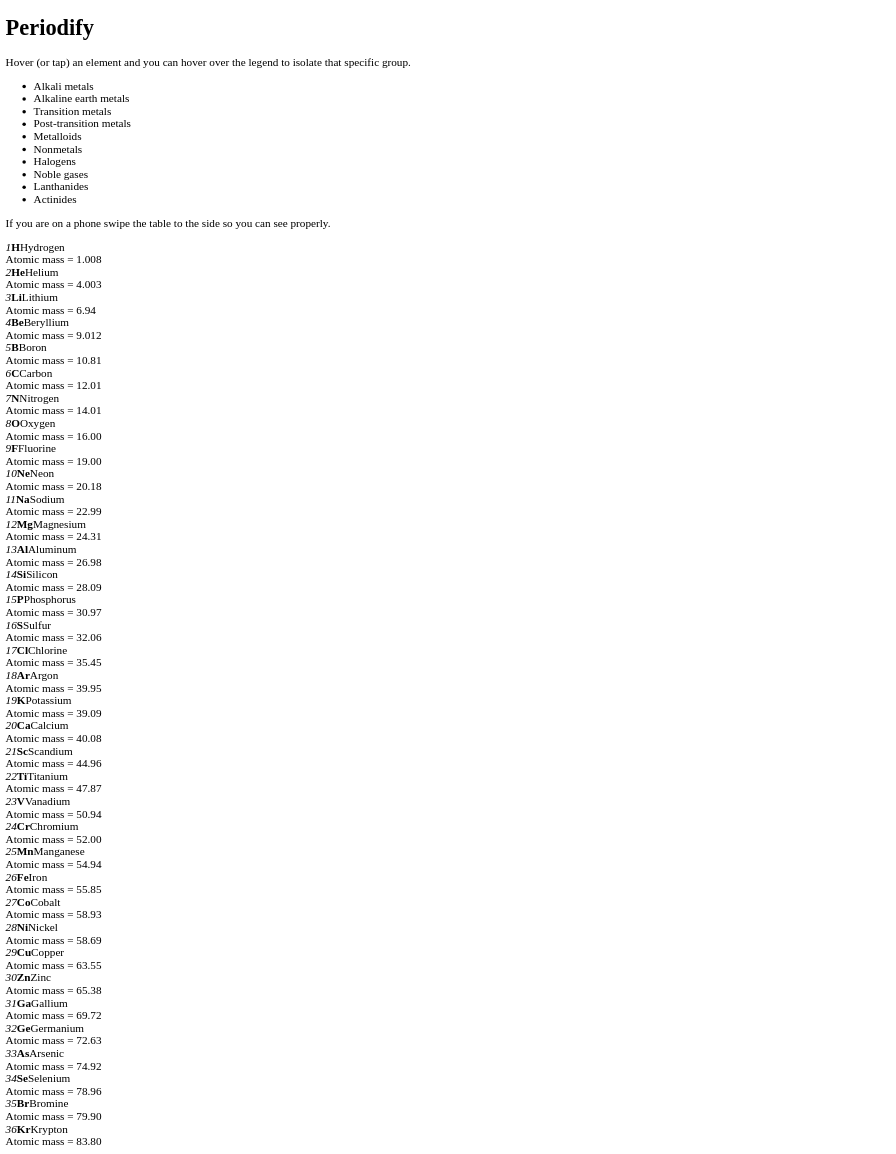
Repository: manayparikh1/Periodify
Page: index.html
An editor plug-in stored every save of this project. The page is shown before and after the next save, followed by the edit.
The browser window is 1280 px wide. The pictures show the whole page, at 70% of full size.

Above is the page before, as saved 2026-10-15 15:10:13.

### index.html
<!DOCTYPE html>
<html lang="en">

<head>
    <meta charset="UTF-8">
    <meta name="viewport" content="width=device-width, initial-scale=1.0">
    <title>Periodify</title>
</head>

<body>
    <!-- === HTML STARTS here===-->
    <header>
        <h1>Period<span>ify</span></h1>
        <p>Hover (or tap) an element and you can hover over the legend to isolate that specific group.</p>
    </header>
    <!-- === Legend === -->
    <ul class="legend">
        <li class="k-ak" style="--c: var(--ak);">Alkali metals</li>
        <li class="k-ae" style="--c: var(--ae);">Alkaline earth metals</li>
        <li class="k-tm" style="--c: var(--tm);">Transition metals</li>
        <li class="k-pt" style="--c: var(--pt);">Post-transition metals</li>
        <li class="k-md" style="--c: var(--md);">Metalloids</li>
        <li class="k-nm" style="--c: var(--nm);">Nonmetals</li>
        <li class="k-hg" style="--c: var(--hg);">Halogens</li>
        <li class="k-hl" style="--c: var(--hl);">Noble gases</li>
        <li class="k-la" style="--c: var(--la);">Lanthanides</li>
        <li class="k-ac" style="--c: var(--ac);">Actinides</li>
    </ul>
    <p class="hint">If you are on a phone swipe the table to the side so you can see properly.</p>
    <div class="scroll">
        <div class="table">

            <!-- The first period -->
            <div class="el nm" tabindex="0"><i>1</i><b>H</b><span>Hydrogen<br>Atomic mass = 1.008</span></div>
            <div class="gap" style="--n:16"></div>
            <!-- Gives a 16 element gap because hydron and helium are not in the same column -->
            <div class="el ng" tabindex="0"><i>2</i><b>He</b><span>Helium<br>Atomic mass = 4.003</span></div>
            <!-- The second period -->
            <div class="el ak" tabindex="0"><i>3</i><b>Li</b><span>Lithium<br>Atomic mass = 6.94</span></div>
            <div class="el ae" tabindex="0"><i>4</i><b>Be</b><span>Beryllium<br>Atomic mass = 9.012</span></div>
            <div class="gap" style="--n:10"></div>
            <div class="el md" tabindex="0"><i>5</i><b>B</b><span>Boron<br>Atomic mass = 10.81</span></div>
            <div class="el nm" tabindex="0"><i>6</i><b>C</b><span>Carbon<br>Atomic mass = 12.01</span></div>
            <div class="el nm" tabindex="0"><i>7</i><b>N</b><span>Nitrogen<br>Atomic mass = 14.01</span></div>
            <div class="el nm" tabindex="0"><i>8</i><b>O</b><span>Oxygen<br>Atomic mass = 16.00</span></div>
            <div class="el hg" tabindex="0"><i>9</i><b>F</b><span>Fluorine<br>Atomic mass = 19.00</span></div>
            <div class="el ng" tabindex="0"><i>10</i><b>Ne</b><span>Neon<br>Atomic mass = 20.18</span></div>
            <!-- The third period -->
            <div class="el ak" tabindex="0"><i>11</i><b>Na</b><span>Sodium<br>Atomic mass = 22.99</span></div>
            <div class="el ae" tabindex="0"><i>12</i><b>Mg</b><span>Magnesium<br>Atomic mass = 24.31</span></div>
            <div class="gap" style="--n:10"></div>
            <div class="el md" tabindex="0"><i>13</i><b>Al</b><span>Aluminum<br>Atomic mass = 26.98</span></div>
            <div class="el nm" tabindex="0"><i>14</i><b>Si</b><span>Silicon<br>Atomic mass = 28.09</span></div>
            <div class="el nm" tabindex="0"><i>15</i><b>P</b><span>Phosphorus<br>Atomic mass = 30.97</span></div>
            <div class="el nm" tabindex="0"><i>16</i><b>S</b><span>Sulfur<br>Atomic mass = 32.06</span></div>
            <div class="el hg" tabindex="0"><i>17</i><b>Cl</b><span>Chlorine<br>Atomic mass = 35.45</span></div>
            <div class="el ng" tabindex="0"><i>18</i><b>Ar</b><span>Argon<br>Atomic mass = 39.95</span></div>
            <!-- the fourth period -->
            <div class="el ak" tabindex="0"><i>19</i><b>K</b><span>Potassium<br>Atomic mass = 39.09</span></div>
            <div class="el ae" tabindex="0"><i>20</i><b>Ca</b><span>Calcium<br>Atomic mass = 40.08</span></div>
            <div class="el tm" tabindex="0"><i>21</i><b>Sc</b><span>Scandium<br>Atomic mass = 44.96</span></div>
            <div class="el tm" tabindex="0"><i>22</i><b>Ti</b><span>Titanium<br>Atomic mass = 47.87</span></div>
            <div class="el tm" tabindex="0"><i>23</i><b>V</b><span>Vanadium<br>Atomic mass = 50.94</span></div>
            <div class="el tm" tabindex="0"><i>24</i><b>Cr</b><span>Chromium<br>Atomic mass = 52.00</span></div>
            <div class="el tm" tabindex="0"><i>25</i><b>Mn</b><span>Manganese<br>Atomic mass = 54.94</span></div>
            <div class="el tm" tabindex="0"><i>26</i><b>Fe</b><span>Iron<br>Atomic mass = 55.85</span></div>
            <div class="el tm" tabindex="0"><i>27</i><b>Co</b><span>Cobalt<br>Atomic mass = 58.93</span></div>
            <div class="el tm" tabindex="0"><i>28</i><b>Ni</b><span>Nickel<br>Atomic mass = 58.69</span></div>
            <div class="el tm" tabindex="0"><i>29</i><b>Cu</b><span>Copper<br>Atomic mass = 63.55</span></div>
            <div class="el tm" tabindex="0"><i>30</i><b>Zn</b><span>Zinc<br>Atomic mass = 65.38</span></div>
            <div class="el pt" tabindex="0"><i>31</i><b>Ga</b><span>Gallium<br>Atomic mass = 69.72</span></div>
            <div class="el md" tabindex="0"><i>32</i><b>Ge</b><span>Germanium<br>Atomic mass = 72.63</span></div>
            <div class="el md" tabindex="0"><i>33</i><b>As</b><span>Arsenic<br>Atomic mass = 74.92</span></div>
            <div class="el nm" tabindex="0"><i>34</i><b>Se</b><span>Selenium<br>Atomic mass = 78.96</span></div>
            <div class="el hg" tabindex="0"><i>35</i><b>Br</b><span>Bromine<br>Atomic mass = 79.90</span></div>
            <div class="el ng" tabindex="0"><i>36</i><b>Kr</b><span>Krypton<br>Atomic mass = 83.80</span></div>
            <!-- the fifth period -->





        </div>
    </div>
</body>

After the next save:
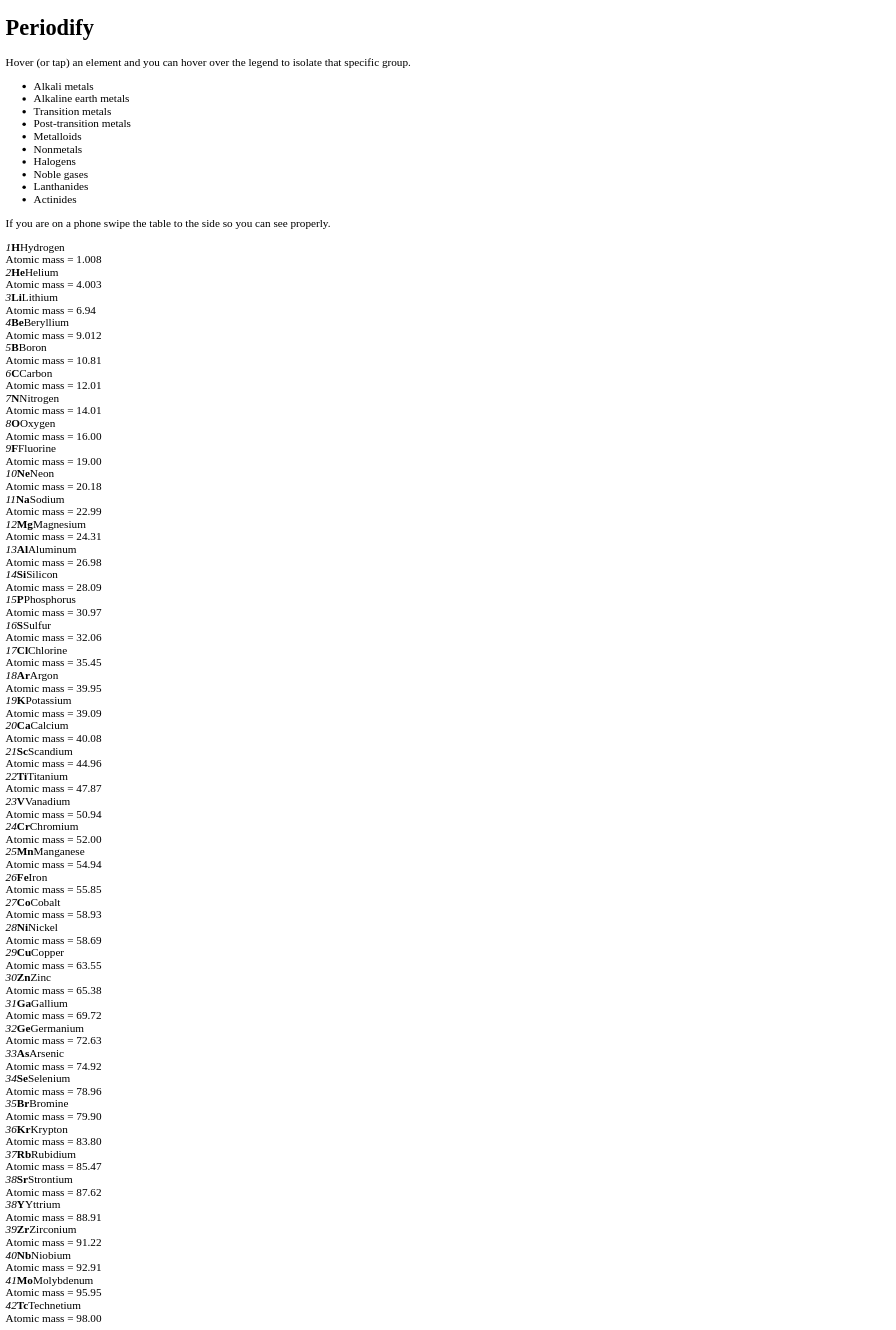
Saved 10 min 8 s later.
--- a/index.html
+++ b/index.html
@@ -75,11 +75,13 @@
             <div class="el hg" tabindex="0"><i>35</i><b>Br</b><span>Bromine<br>Atomic mass = 79.90</span></div>
             <div class="el ng" tabindex="0"><i>36</i><b>Kr</b><span>Krypton<br>Atomic mass = 83.80</span></div>
             <!-- the fifth period -->
-
-
-
-
-
-        </div>
-    </div>
+            <div class="el ak" tabindex="0"><i>37</i><b>Rb</b><span>Rubidium<br>Atomic mass = 85.47</span></div>
+            <div class="el ae" tabindex="0"><i>38</i><b>Sr</b><span>Strontium<br>Atomic mass = 87.62</span></div>
+            <div class="el tm" tabindex="0"><i>38</i><b>Y</b><span>Yttrium<br>Atomic mass = 88.91</span></div>
+            <div class="el tm" tabindex="0"><i>39</i><b>Zr</b><span>Zirconium<br>Atomic mass = 91.22</span></div>
+            <div class="el tm" tabindex="0"><i>40</i><b>Nb</b><span>Niobium<br>Atomic mass = 92.91</span></div>
+            <div class="el tm" tabindex="0"><i>41</i><b>Mo</b><span>Molybdenum<br>Atomic mass = 95.95</span></div>
+            <div class="el tm" tabindex="0"><i>42</i><b>Tc</b><span>Technetium<br>Atomic mass = 98.00</span></div>
+            <div class="el tm" </div>
+            </div>
 </body>
